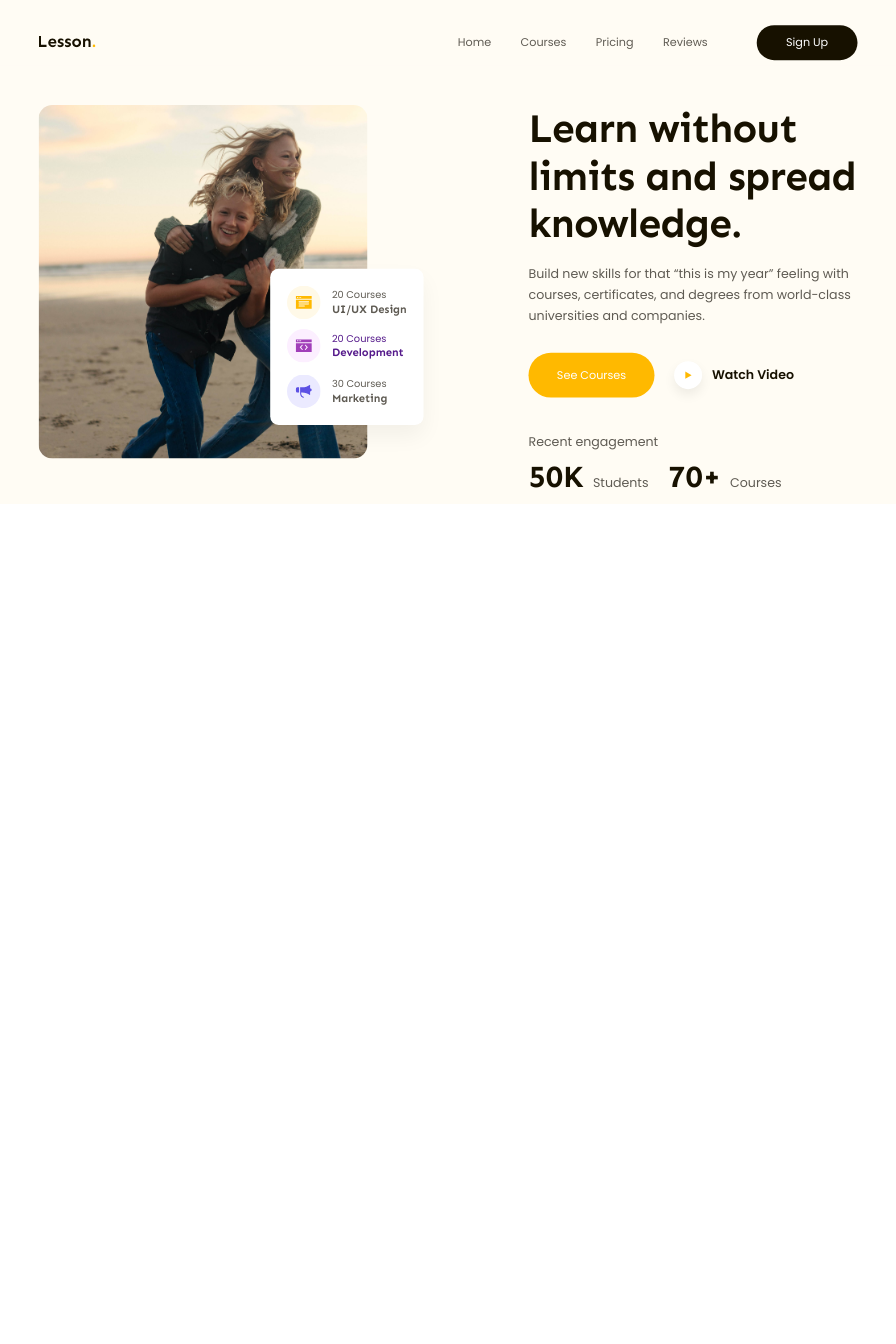
Repository: tinhtranjp/htmlcss-01
Page: index.html
An editor plug-in stored every save of this project. The page is shown before and after the next save, followed by the edit.
The browser window is 1280 px wide. The pictures show the part of the page from y = 0 to 1920 px (the page is 5000 px tall), at 70% of full size.

Above is the page before, as saved 2023-01-20 02:45:45.

After the next save:
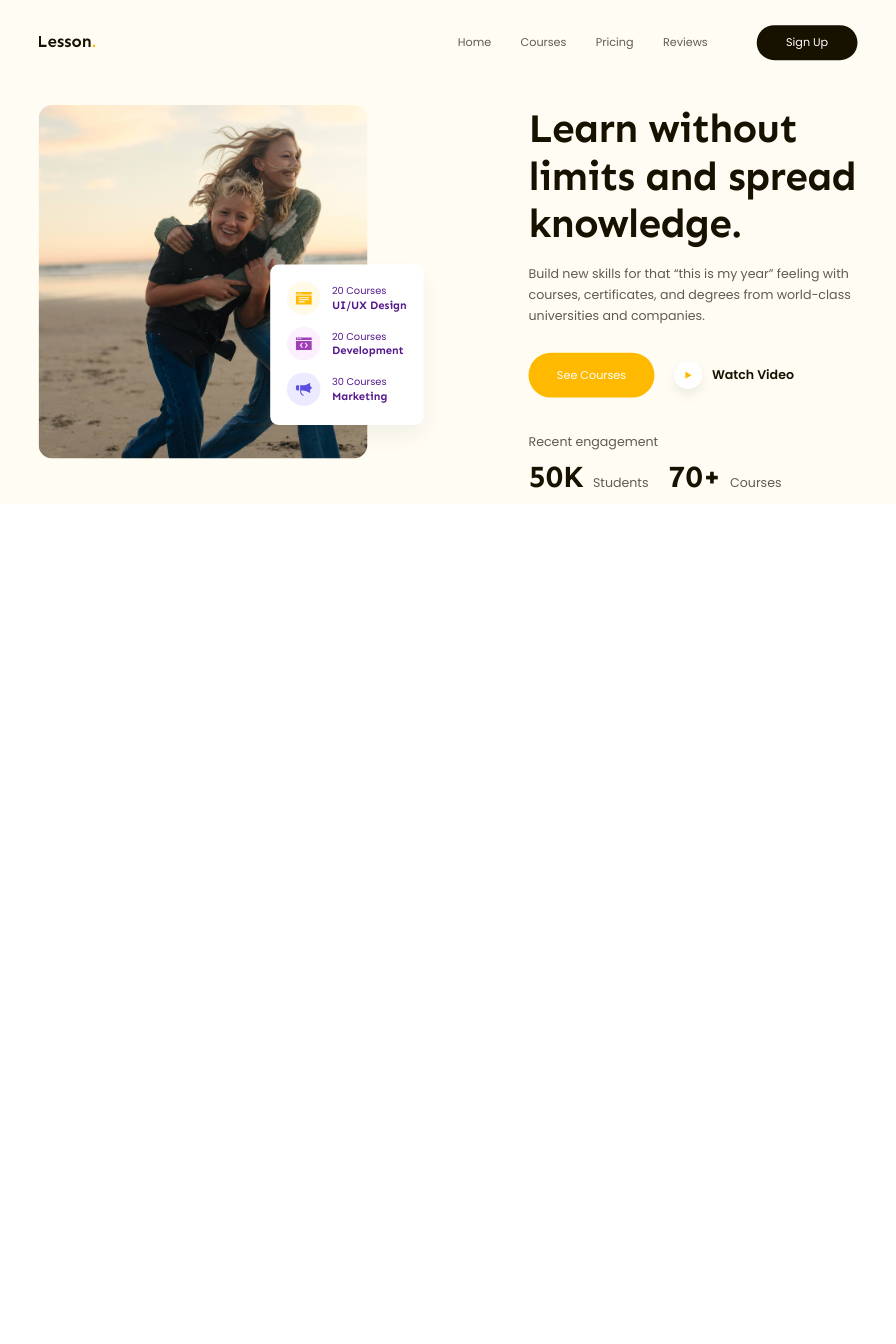
Saved 60 s later.
--- a/index.html
+++ b/index.html
@@ -63,10 +63,12 @@
 
                 <div class="marketing">
                   <div class="group">
-                    <img src="./assets/img/Group 17525.svg" alt="" />
+                    <a href=""
+                      ><img src="./assets/img/Group 17525.svg" alt=""
+                    /></a>
                     <div class="info">
-                      <p>20 Courses</p>
-                      <h2 class="sub-title">UI/UX Design</h2>
+                      <p><a href="">20 Courses</a></p>
+                      <h2 class="sub-title"><a href="">UI/UX Design</a></h2>
                     </div>
                   </div>
 
@@ -81,10 +83,12 @@
                   </div>
 
                   <div class="group">
-                    <img src="./assets/img/Group 17523.svg" alt="" />
+                    <a href=""
+                      ><img src="./assets/img/Group 17523.svg" alt=""
+                    /></a>
                     <div class="info">
-                      <p>30 Courses</p>
-                      <h2 class="sub-title">Marketing</h2>
+                      <p><a href="">30 Courses</a></p>
+                      <h2 class="sub-title"><a href="">Marketing</a></h2>
                     </div>
                   </div>
                 </div>
